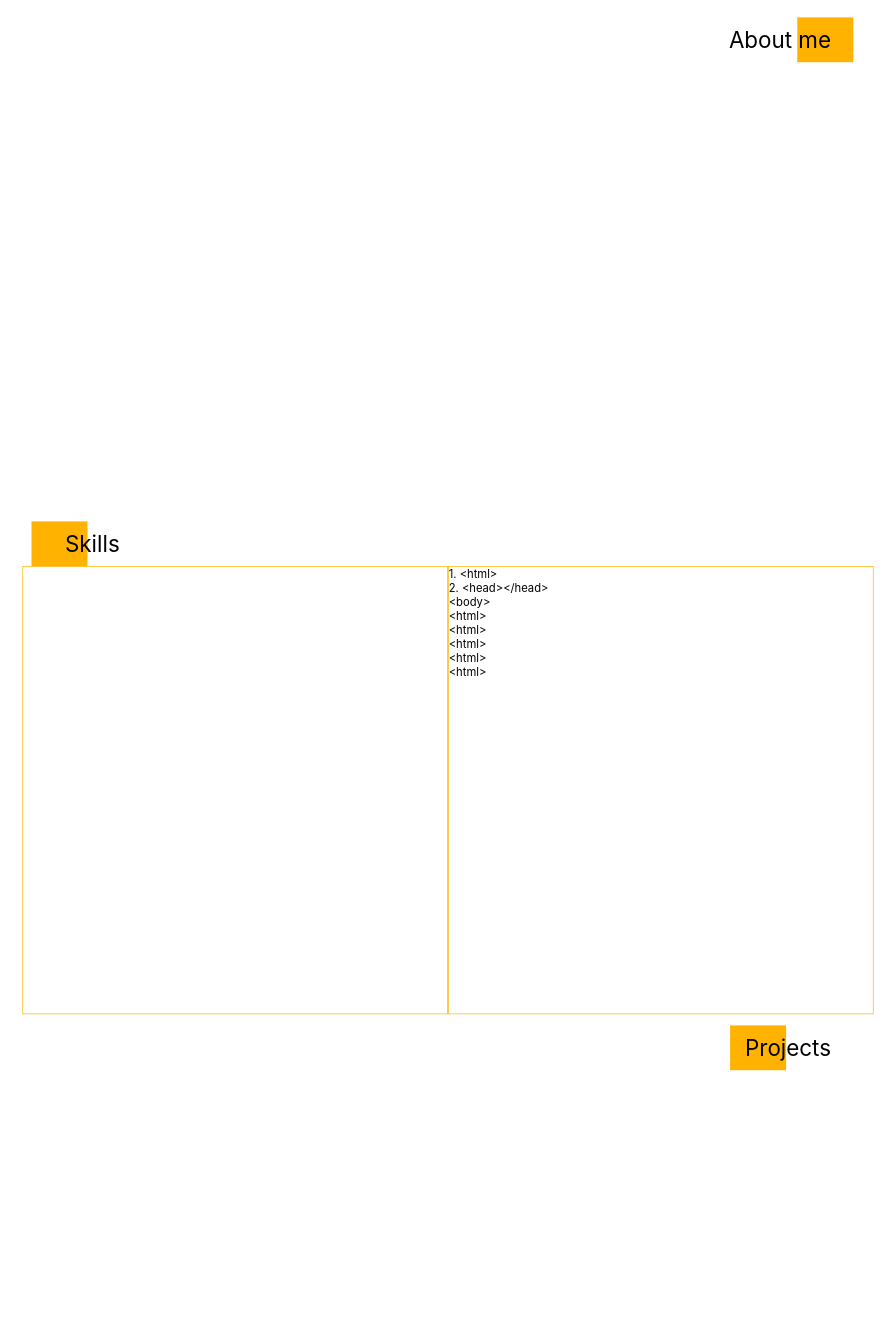
Repository: SebastianArmata22/Portfolio
Page: /
The author's editor kept a copy of each file at every save. The page is drawn from the files as they stood at one save, then again after the next save.
The browser window is 1280 px wide. The pictures show the part of the page from y = 727 to 2647 px (the page is 3664 px tall), at 70% of full size.
The project was rebuilt for these pictures with package versions that can differ from the ones it lists, and the page was loaded fresh each time.

Above is the page before, as saved 2021-02-24 17:39:07.

After the next save:
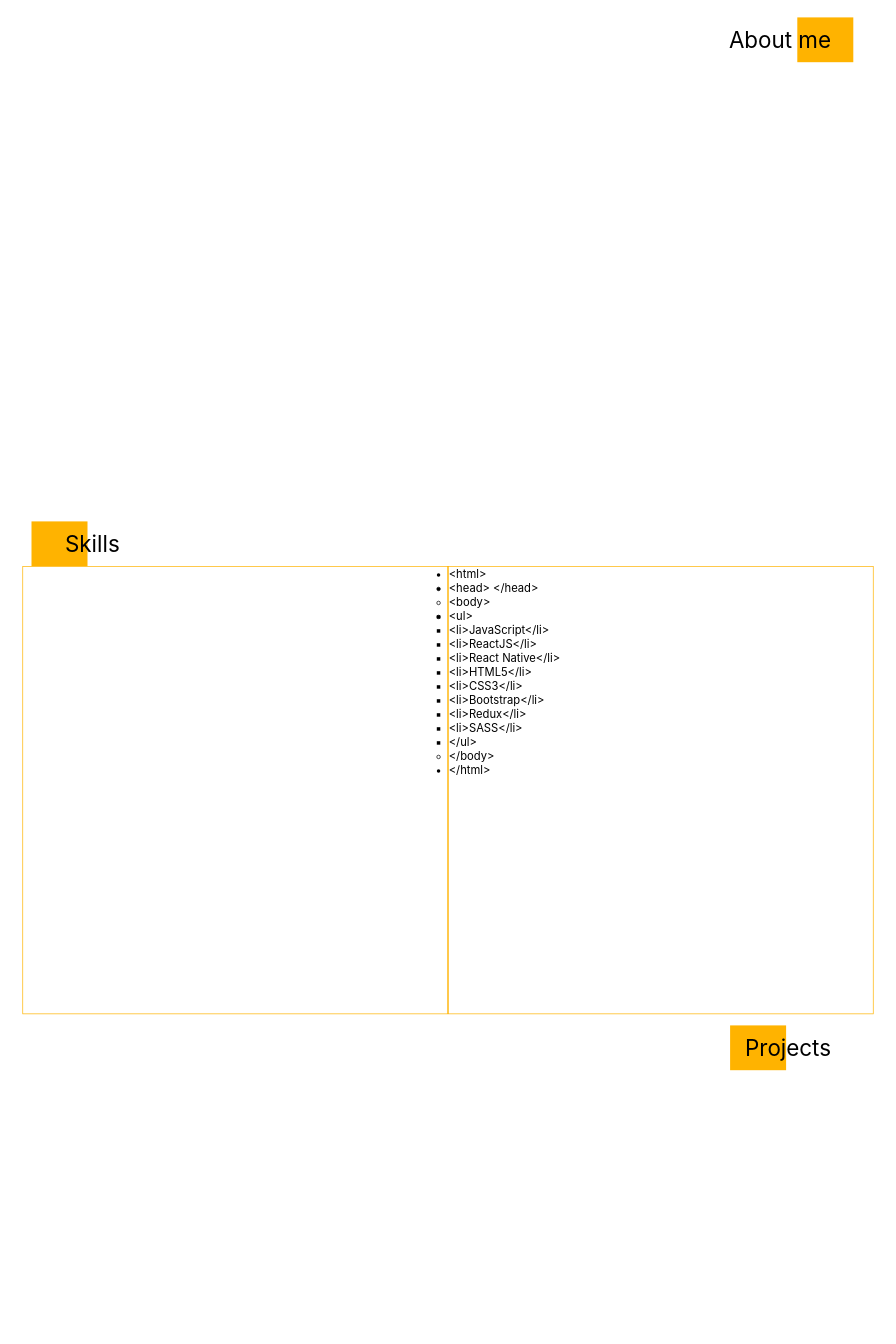
Saved 2 min 17 s later.
--- a/src/components/skills/Skills.js
+++ b/src/components/skills/Skills.js
@@ -11,16 +11,71 @@ const Skills = ()=>{
             <main>
                 <div></div>
                 <div>
-                    <div>
-                        <p>{"1. <html>"}</p>
-                        <p>{"2.    <head></head>"}</p>
-                        <p>{"   <body>"}</p>
-                        <p>{"<html>"}</p>
-                        <p>{"<html>"}</p>
-                        <p>{"<html>"}</p>
-                        <p>{"<html>"}</p>
-                        <p>{"<html>"}</p>
-                    </div>
+                <div className="console-content">
+                            <ul>
+                                <li>&lt;<span className="html-1">html</span>&gt;</li>
+                                <li>
+                                  <ul className="no-top-padding">
+                                    <li>
+                                      &lt;<span className="html-1">head</span>&gt;
+                                      &lt;/<span className="html-1">head</span>&gt;
+                                    </li>
+                                    <li>&lt;<span className="html-1">body</span>&gt;</li>
+                                    <li>
+                                      <ul className="no-top-padding">
+                                        <li>&lt;<span className="html-1">ul</span>&gt;</li>
+                                        <ul className="no-top-padding">
+                                          <li>
+                                            &lt;<span className="html-1">li</span>&gt;
+                                            <span className="html-2">JavaScript</span>
+                                            &lt;/<span className="html-1">li</span>&gt;</li>
+                                          <li>
+                                            &lt;<span className="html-1">li</span>&gt;
+                                            <span className="html-2">ReactJS</span>
+                                            &lt;/<span className="html-1">li</span>&gt;
+                                          </li>
+                                          <li>
+                                            &lt;<span className="html-1">li</span>&gt;
+                                            <span className="html-2">React Native</span>
+                                            &lt;/<span className="html-1">li</span>&gt;
+                                          </li>
+                                          <li>
+                                            &lt;<span className="html-1">li</span>&gt;
+                                            <span className="html-2">HTML5</span>
+                                            &lt;/<span className="html-1">li</span>&gt;
+                                          </li>
+                                          <li>
+                                            &lt;<span className="html-1">li</span>&gt;
+                                            <span className="html-2">CSS3</span>
+                                            &lt;/<span className="html-1">li</span>&gt;
+                                          </li>
+                                          <li>
+                                            &lt;<span className="html-1">li</span>&gt;
+                                            <span className="html-2">Bootstrap</span>
+                                            &lt;/<span className="html-1">li</span>&gt;
+                                          </li>
+                                          <li>
+                                            &lt;<span className="html-1">li</span>&gt;
+                                            <span className="html-2">Redux</span>
+                                            &lt;/<span className="html-1">li</span>&gt;
+                                          </li>
+
+                                          <li>
+                                            &lt;<span className="html-1">li</span>&gt;
+                                            <span className="html-2">SASS</span>
+                                            &lt;/<span className="html-1">li</span>&gt;
+                                          </li>
+
+                                        </ul>
+                                        <li>&lt;/<span className="html-1">ul</span>&gt;</li>
+                                      </ul>
+                                    </li>
+                                    <li>&lt;/<span className="html-1">body</span>&gt;</li>
+                                  </ul>
+                                </li>
+                                <li>&lt;/<span className="html-1">html</span>&gt;</li>
+                            </ul>
+                        </div>
                     <div>
                     </div>
                 </div>
